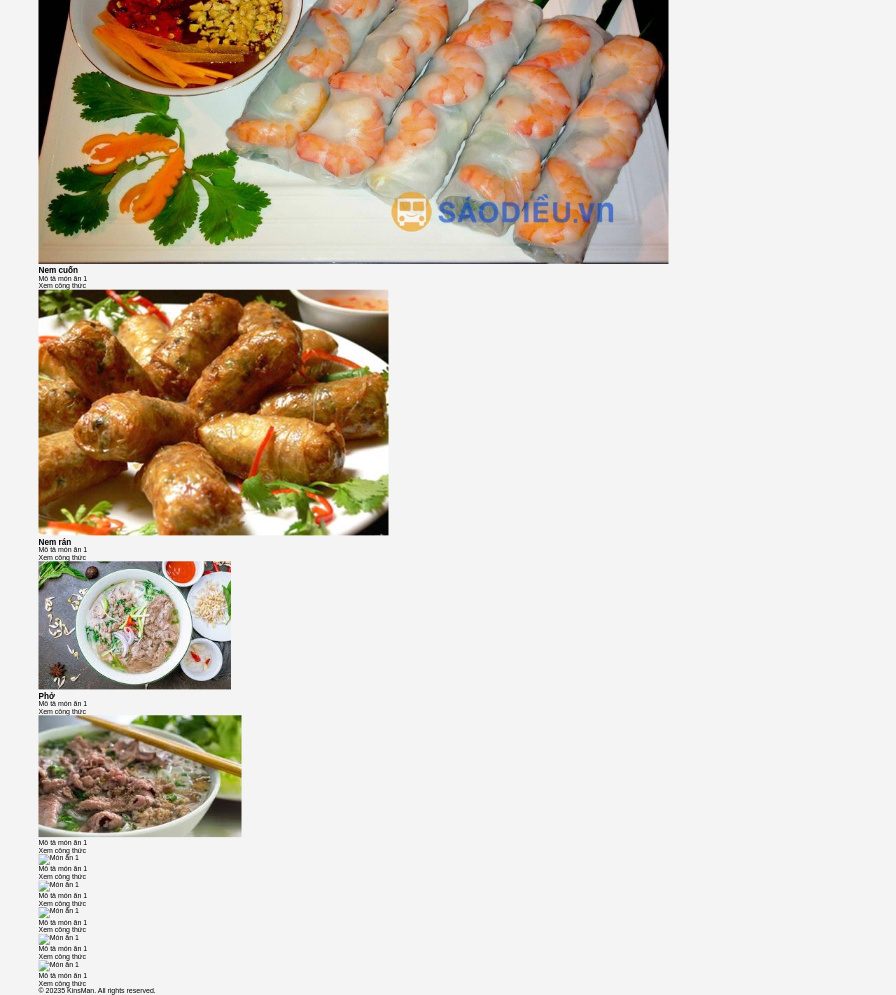
Repository: hoang28092000/how-food
Page: index.html
An editor plug-in stored every save of this project. The page is shown before and after a run of saves, followed by the edit.
The browser window is 1280 px wide. The pictures show the part of the page from y = 2937 to 4857 px (the page is 4358 px tall before and 4857 px after), at 70% of full size.

Above is the page before, as saved 2025-04-14 23:57:21.

After the next 4 saves:
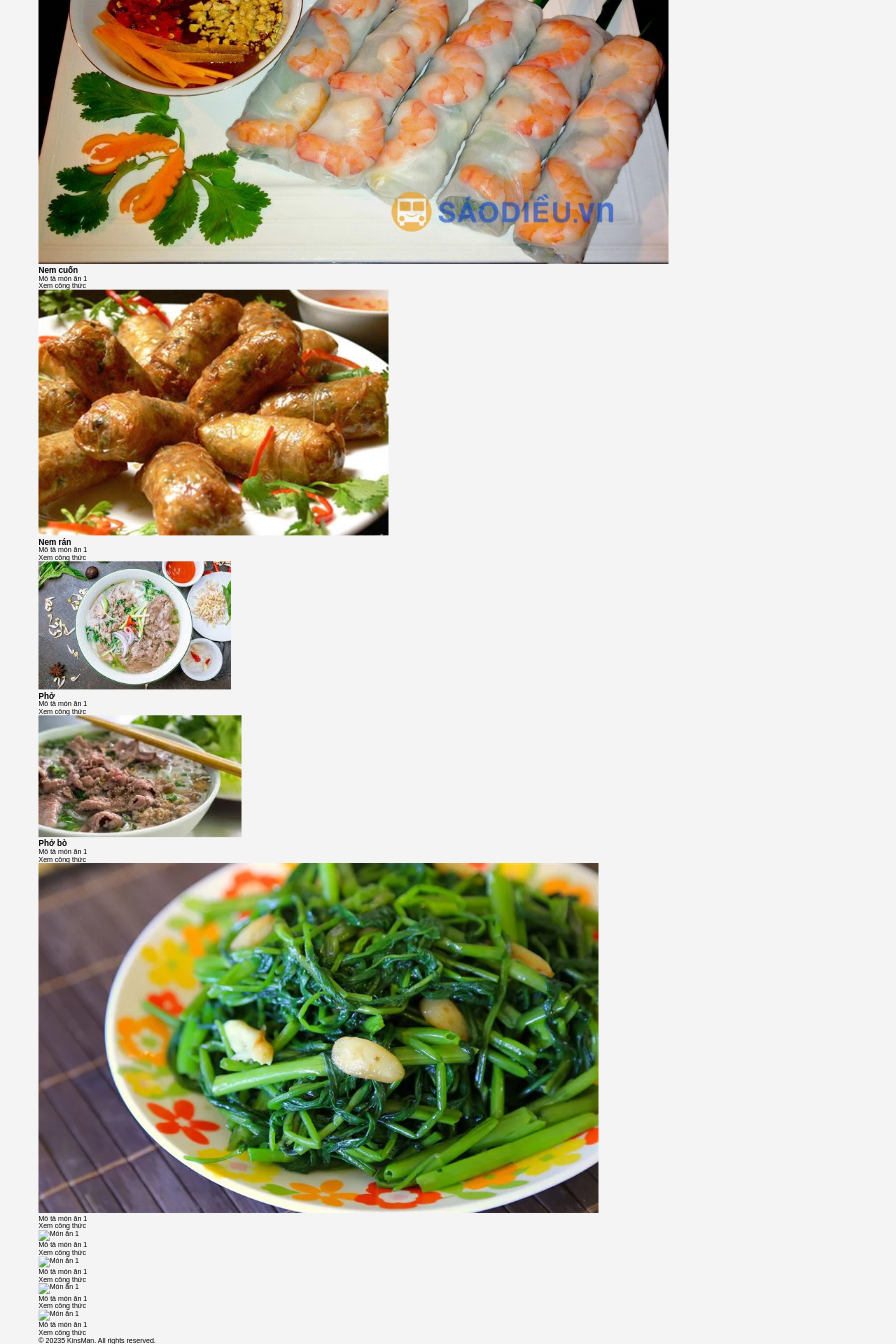
The 4 saves are shown as one change because they came seconds apart.
The last was saved 10 s later.
--- a/index.html
+++ b/index.html
@@ -91,13 +91,13 @@
                 <div class="food-item">
                     <img src="./image/phobo.jpg" alt="Món ăn 1" class="food-image">
                     <div class="info-card">
-                        <h3 class="food-name"></h3>
+                        <h3 class="food-name">Phở bò</h3>
                         <p class="food-description">Mô tả món ăn 1</p>
                         <a class="btn-card">Xem công thức</a>
                     </div>
                 </div>
                 <div class="food-item">
-                    <img src="" alt="Món ăn 1" class="food-image">
+                    <img src="./image/raumuong-xaotoi.webp" alt="Món ăn 1" class="food-image">
                     <div class="info-card">
                         <h3 class="food-name"></h3>
                         <p class="food-description">Mô tả món ăn 1</p>
